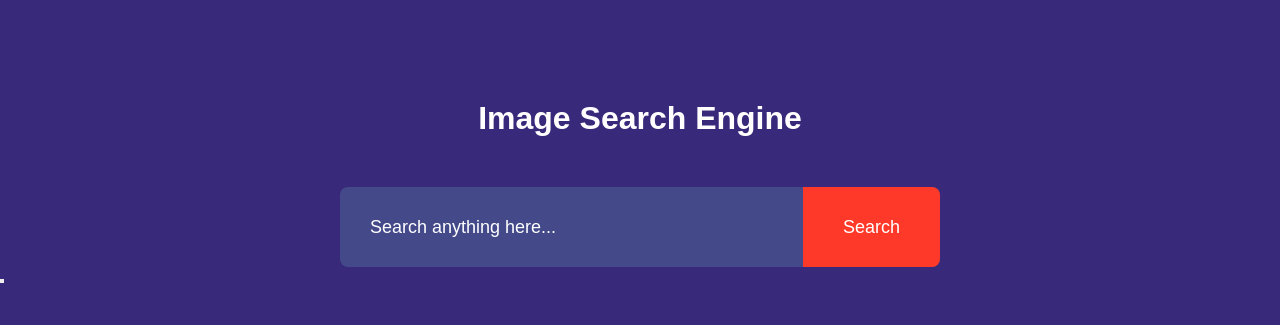
Repository: AbdullahOwais-Dev/Image-Search-App
Page: index.html
The author's editor kept a copy of each file at every save. The page is drawn from the files as they stood at one save, then again after the next save.
The browser window is 1280 px wide. The pictures show the whole page.

Above is the page before, as saved 2025-02-09 00:19:21.

### index.html
<!DOCTYPE html>
<html lang="en">
<head>
    <meta charset="UTF-8">
    <meta name="viewport" content="width=device-width, initial-scale=1.0">
    <link rel="stylesheet" href="style.css">
    <link rel="shortcut icon" href="icon.png" type="image/x-icon">
    <title>Image Search</title>
</head>
<body>

    <h1>Image Search Engine</h1>
    <form id="search-form">
        <input type="text" id="search-box" placeholder="Search anything here...">
        <button>Search</button>
    </form>

    <div id="search-result"></div>
    <button id="show-more-btn"></button>

</body>
</html>

### style.css
*{
    margin: 0;
    padding: 0;
    box-sizing: border-box;
    font-family: 'poppins', sans-serif;
}
body{
    background: #39297b;
    color: #fff;
}
h1{
    text-align: center;
    margin: 100px auto 50px;
    font-weight: 600;
}
form{
    width: 90%;
    max-width: 600px;
    margin: auto;
    height: 80px;
    background: #434989;
    display: flex;
    align-items: center;
    border-radius: 8px;
}
form input{
    flex: 1;
    height: 100%;
    border: 0;
    outline: 0;
    background: transparent;
    color: #fff;
    font-size: 18px;
    padding: 0 30px;
}
form button{
    padding: 0 40px;
    height: 100%;
    background: #ff3929;
    color: #fff;
    font-size: 18px;
    border: 0;
    outline: 0;
    border-top-right-radius: 8px;
    border-bottom-right-radius: 8px;
    cursor: pointer;
}
::placeholder{
    color: #fff;
    font-size: 18px;
}

After the next save:
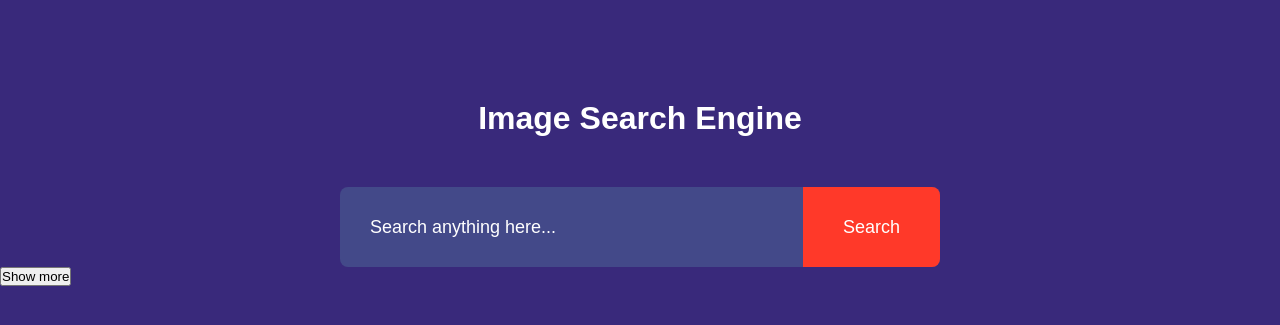
Saved 8 s later.
--- a/index.html
+++ b/index.html
@@ -16,7 +16,7 @@
     </form>
 
     <div id="search-result"></div>
-    <button id="show-more-btn"></button>
+    <button id="show-more-btn">Show more</button>
 
 </body>
 </html>
